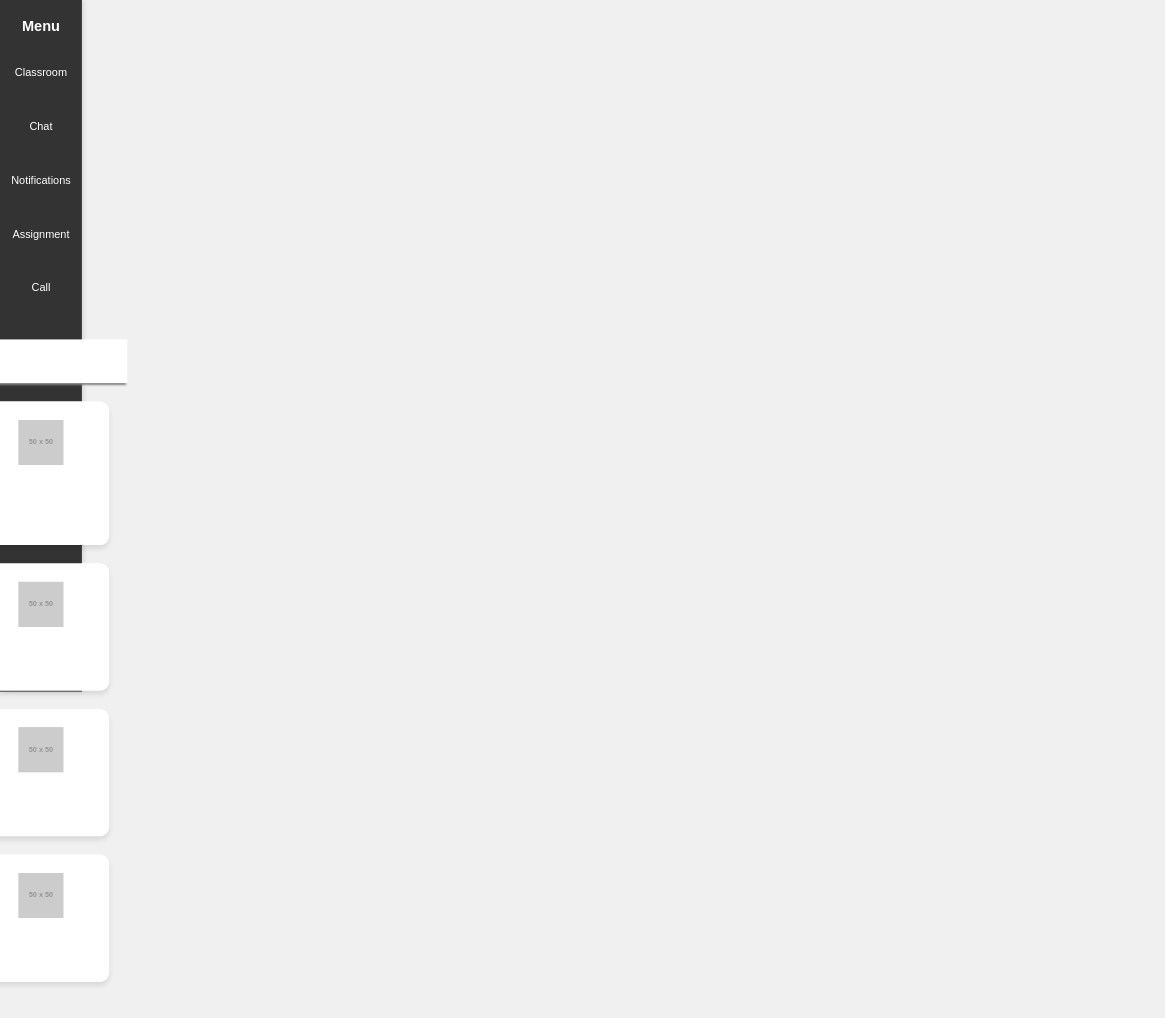
Repository: praifas16/ProPro
Page: docs/studenthead.html
An editor plug-in stored every save of this project. The page is shown before and after the next save, followed by the edit.
The browser window is 1280 px wide. The pictures show the whole page, at 91% of full size.

Above is the page before, as saved 2024-08-21 19:58:41.

### docs/studenthead.html
<!DOCTYPE html>
<html lang="th">
<head>
    <meta charset="UTF-8">
    <meta name="viewport" content="width=device-width, initial-scale=1.0">
    <title>My Dashboard</title>
    <style>
        body {
            font-family: Arial, sans-serif;
            margin: 0;
            padding: 0;
            background-color: #f0f0f0;
            display: flex;
        }

        /* เมนูแถบข้าง */
        .sidebar {
            width: 70px;
            background-color: #333;
            color: white;
            height: 100vh;
            padding: 20px 10px;
            box-shadow: 2px 0 5px rgba(0, 0, 0, 0.1);
            display: flex;
            flex-direction: column;
            align-items: center;
            justify-content: space-between;
        }

        .menu-header {
            margin-bottom: 20px;
            font-size: 16px;
            font-weight: bold;
        }

        .sidebar a {
            display: flex;
            flex-direction: column;
            align-items: center;
            color: white;
            padding: 10px;
            text-decoration: none;
            margin-bottom: 20px;
            font-size: 12px;
            text-align: center;
        }

        .sidebar a:hover {
            background-color: #575757;
            border-radius: 4px;
            width: 100%;
            text-align: center;
        }

        .sidebar i {
            font-size: 24px;
            margin-bottom: 5px;
        }

        /* โครงสร้างหน้าเว็บหลัก */
        .main-content {
            flex-grow: 1;
            padding: 20px;
        }

        header {
            background-color: #ffffff;
            padding: 10px;
            text-align: center;
            box-shadow: 0px 4px 2px -2px gray;
        }

        h1 {
            margin: 0;
            font-size: 24px;
        }

        .container {
            display: grid;
            grid-template-columns: repeat(auto-fill, minmax(150px, 1fr));
            gap: 20px;
            padding: 20px;
        }

        .card {
            background-color: #ffffff;
            border-radius: 10px;
            box-shadow: 0 4px 6px rgba(0, 0, 0, 0.1);
            text-align: center;
            padding: 20px;
            transition: transform 0.3s;
        }

        .card:hover {
            transform: scale(1.05);
        }

        .card img {
            width: 50px;
            height: 50px;
            margin-bottom: 10px;
        }

        .card p {
            margin: 0;
            font-size: 16px;
        }
    </style>
</head>
<body>
    <!-- เมนูแถบข้าง -->
    <div class="sidebar">
        <div class="menu-header">Menu</div>
        <div>
        <a href="#"><i class="fa fa-home"></i><span>Classroom</span></a>
        <a href="#"><i class="fa fa-users"></i><span>Chat</span></a>
        <a href="#"><i class="fa fa-notificat"></i><span>Notifications</span></a>
        <a href="#"><i class="fa fa-assign"></i><span>Assignment</span></a>
        <a href="#"><i class="fa fa-phone"></i><span>Call</span></a>
    </div>

    <!-- เนื้อหาหลัก -->
    <div class="main-content">
        <header>
            <h1>Project</h1>
        </header>
        <div class="container">
            <div class="card">
                <img src="https://via.placeholder.com/50" alt="icon">
                <p>ห้องติว 001213 เทอม 2 ปีการศึกษา 65</p>
            </div>
            <div class="card">
                <img src="https://via.placeholder.com/50" alt="icon">
                <p>Internet Programming</p>
            </div>
            <div class="card">
                <img src="https://via.placeholder.com/50" alt="icon">
                <p>Communicative English</p>
            </div>
            <div class="card">
                <img src="https://via.placeholder.com/50" alt="icon">
                <p>Artificial Intelligence</p>
            </div>
            <!-- เพิ่มเติม Card อื่น ๆ ตามต้องการ -->
        </div>
    </div>
</body>
</html>

After the next save:
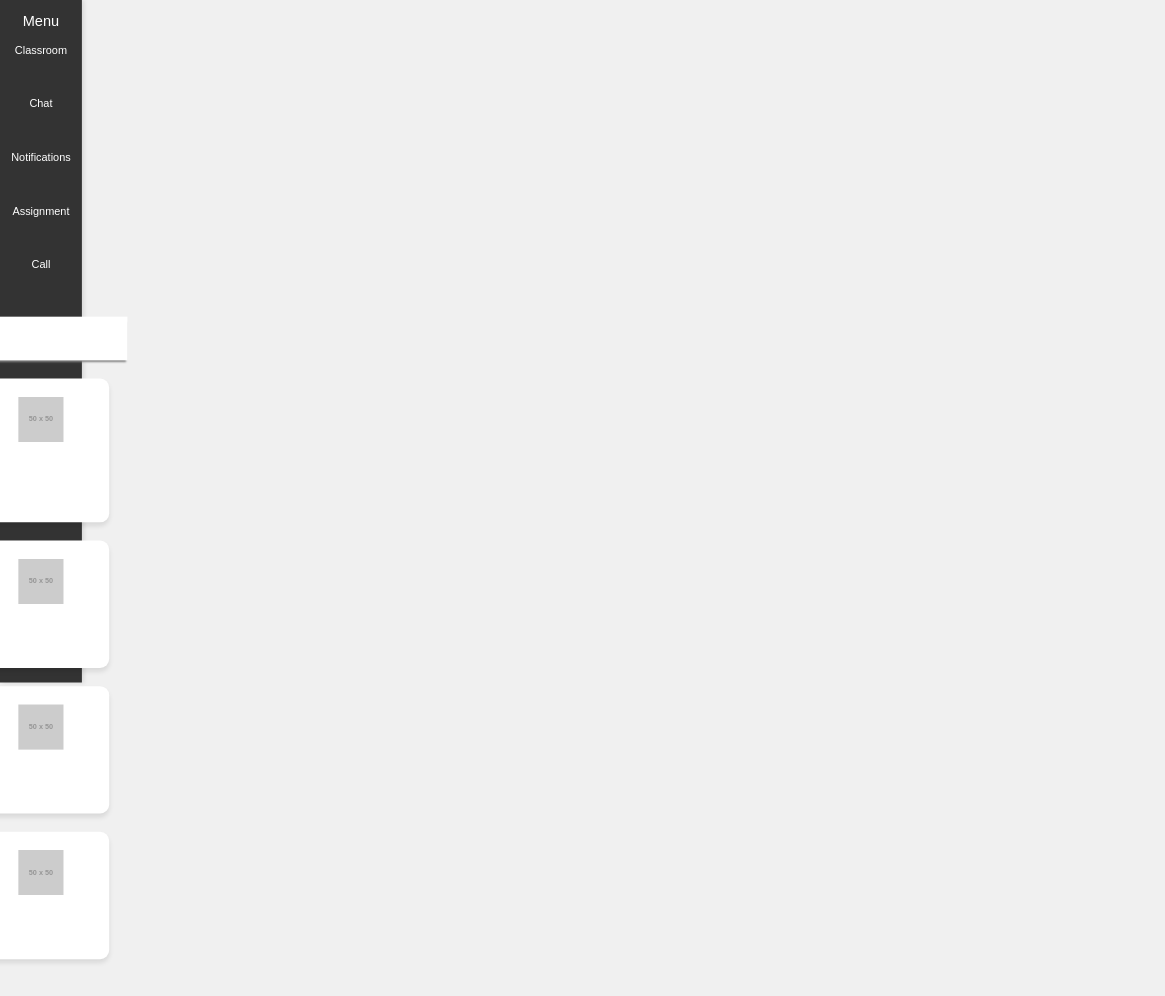
Saved 43 s later.
--- a/docs/studenthead.html
+++ b/docs/studenthead.html
@@ -19,18 +19,11 @@
             background-color: #333;
             color: white;
             height: 100vh;
-            padding: 20px 10px;
+            padding: 15px 10px;
             box-shadow: 2px 0 5px rgba(0, 0, 0, 0.1);
             display: flex;
             flex-direction: column;
             align-items: center;
-            justify-content: space-between;
-        }
-
-        .menu-header {
-            margin-bottom: 20px;
-            font-size: 16px;
-            font-weight: bold;
         }
 
         .sidebar a {
